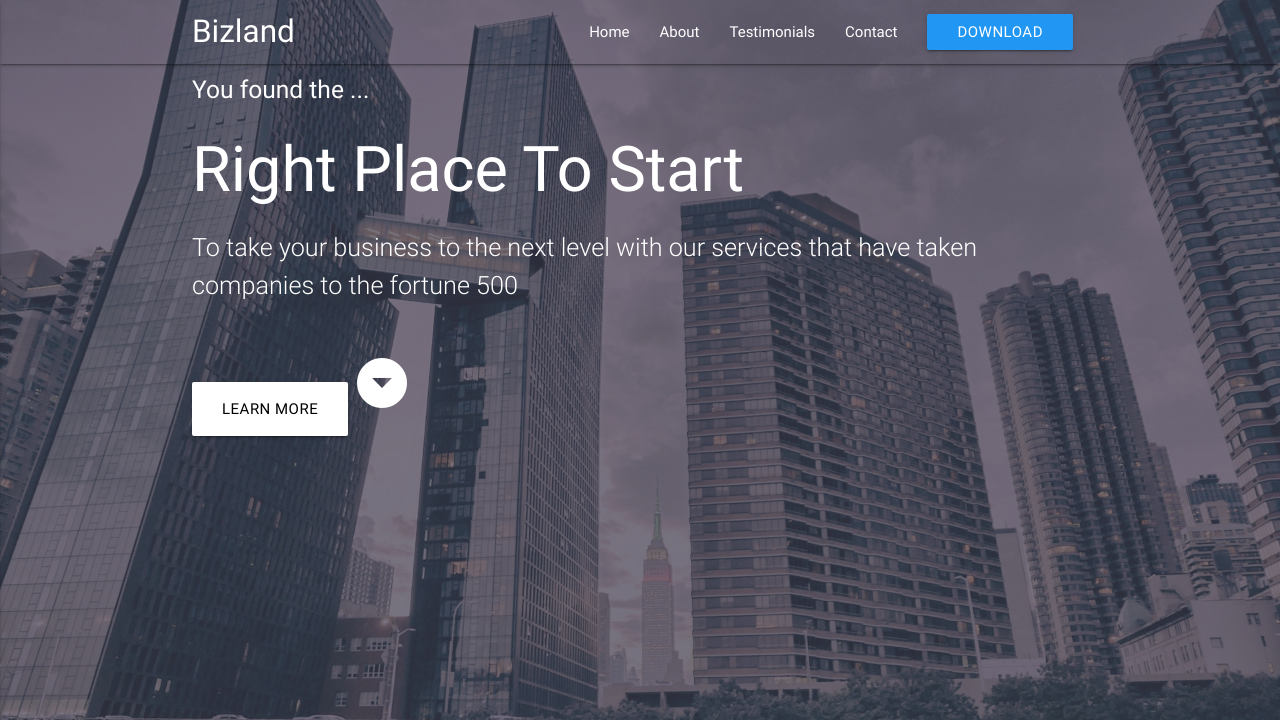
Repository: farrdy/bizland
Page: index.html
The author's editor kept a copy of each file at every save. The page is drawn from the files as they stood at one save, then again after the next save.
The browser window is 1280 px wide. The pictures show the whole page.
Some web libraries are served in a nearby version.

Above is the page before, as saved 2020-01-04 09:06:48.

After the next save:
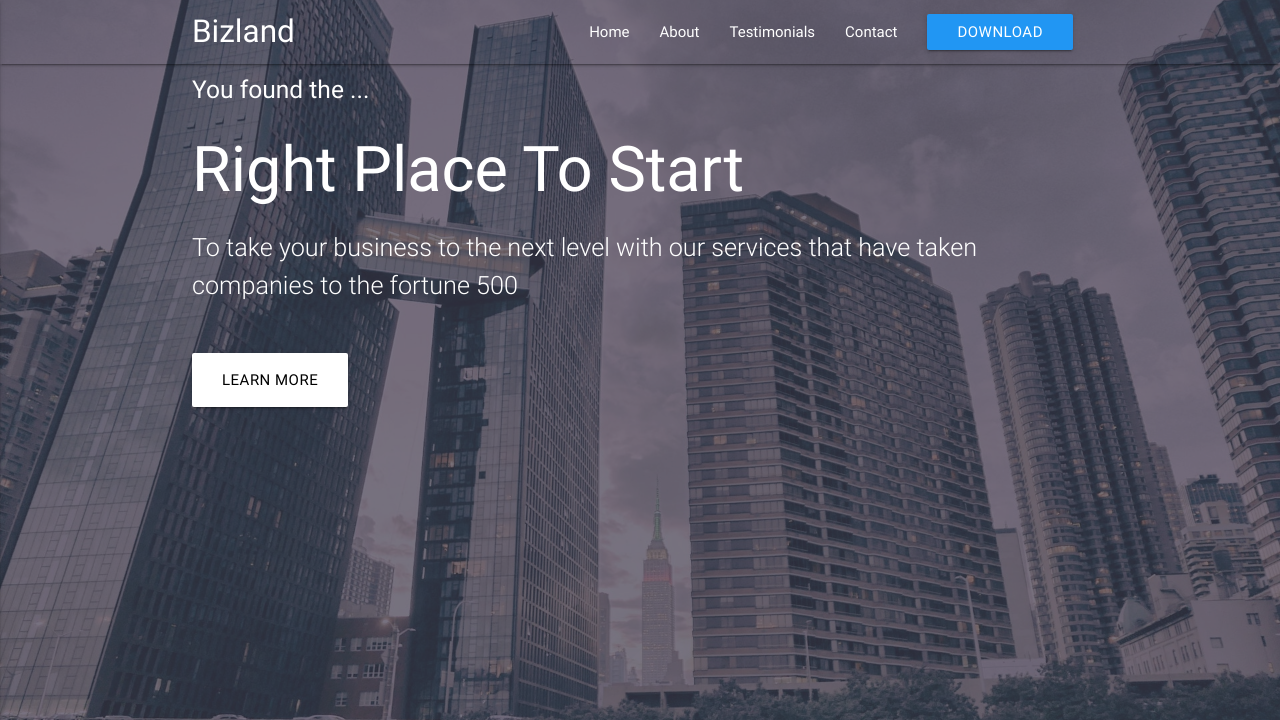
Saved 86 min 13 s later.
--- a/css/main.css
+++ b/css/main.css
@@ -17,3 +17,14 @@
   color: #fff;
   position: relative;
 }
+
+.main-hedare .showcase {
+  padding-top: 110px;
+}
+
+.scroll-icon {
+  position: absolute;
+  bottom: 5%;
+  left: 47%;
+  opacity: 0.5%;
+}
